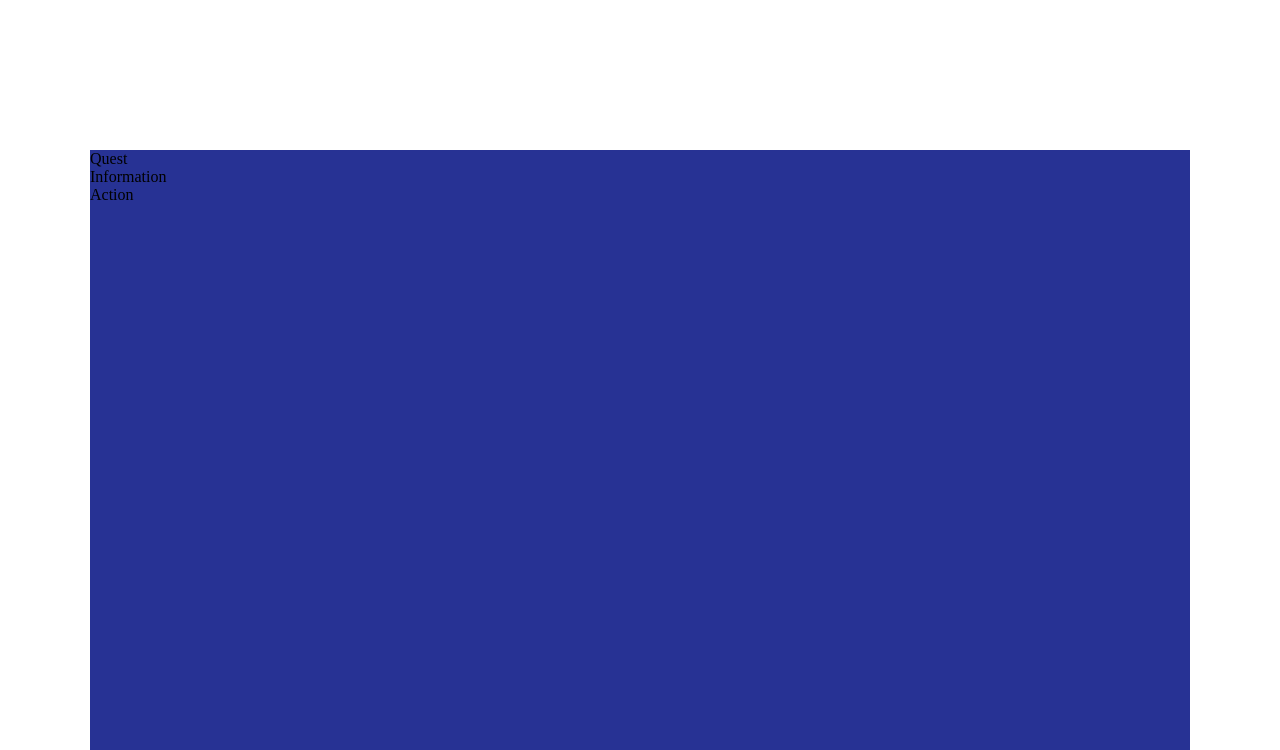
Repository: rahulnag7963/UBCHacks4.0
Page: /
An editor plug-in stored every save of this project. The page is shown before and after the next save, followed by the edit.
The browser window is 1280 px wide. The pictures show the whole page.
The project was rebuilt for these pictures with package versions that can differ from the ones it lists, and the page was loaded fresh each time.

Above is the page before, as saved 2022-11-26 02:30:36.

### public/index.html
<!DOCTYPE html>
<html lang="en">
  <head>
    <meta charset="utf-8" />
    <link rel="icon" href="%PUBLIC_URL%/favicon.ico" />
    <meta name="viewport" content="width=device-width, initial-scale=1" />
    <meta name="theme-color" content="#000000" />
    <meta
      name="description"
      content="Web site created using create-react-app"
    />
    <link rel="apple-touch-icon" href="%PUBLIC_URL%/logo192.png" />
    <link rel="manifest" href="%PUBLIC_URL%/manifest.json" />
    <title>BC Hacks 4.0 Game</title>
  </head>
  <body>
    <noscript>You need to enable JavaScript to run this app.</noscript>
    <div id="root"></div>
  </body>
</html>

### src/index.tsx
import React from 'react';
import ReactDOM from 'react-dom/client';
import './index.css';
import App from './app';

const root = ReactDOM.createRoot(
  document.getElementById('root') as HTMLElement
);

root.render(
  <React.StrictMode>
    <App />
  </React.StrictMode>
);

### src/app.tsx
import React from "react";
import "./app.css";
import Quest from "./Components/Quest";
import Information from "./Components/Information";
import Action from "./Components/Action";
function app() {
  return (
    <div className="app">
      <div className="Components">
        <Quest />
        <Information />
        <Action />
      </div>
    </div>
  );
}

export default app;

### src/app.css
.app {
    height: 600px;
    width: 1100px;
    background-color: rgb(39, 50, 148);
    margin-left: auto;
    margin-right: auto;
    margin-top: 150px;


}

.component {
    text-align: center;
    padding: 250px;
}

### src/Components/Quest.tsx
import React from 'react'

const Quest = () => {
  return (
    <div>Quest</div>
  )
}

export default Quest

### src/Components/Information.tsx
import React from 'react'

const Information = () => {
  return (
    <div>Information</div>
  )
}

export default Information

### src/Components/Action.tsx
import React from 'react'

const Action = () => {
  return (
    <div>Action</div>
  )
}

export default Action

Loaded but not shown: src/index.css (common file)

After the next save:
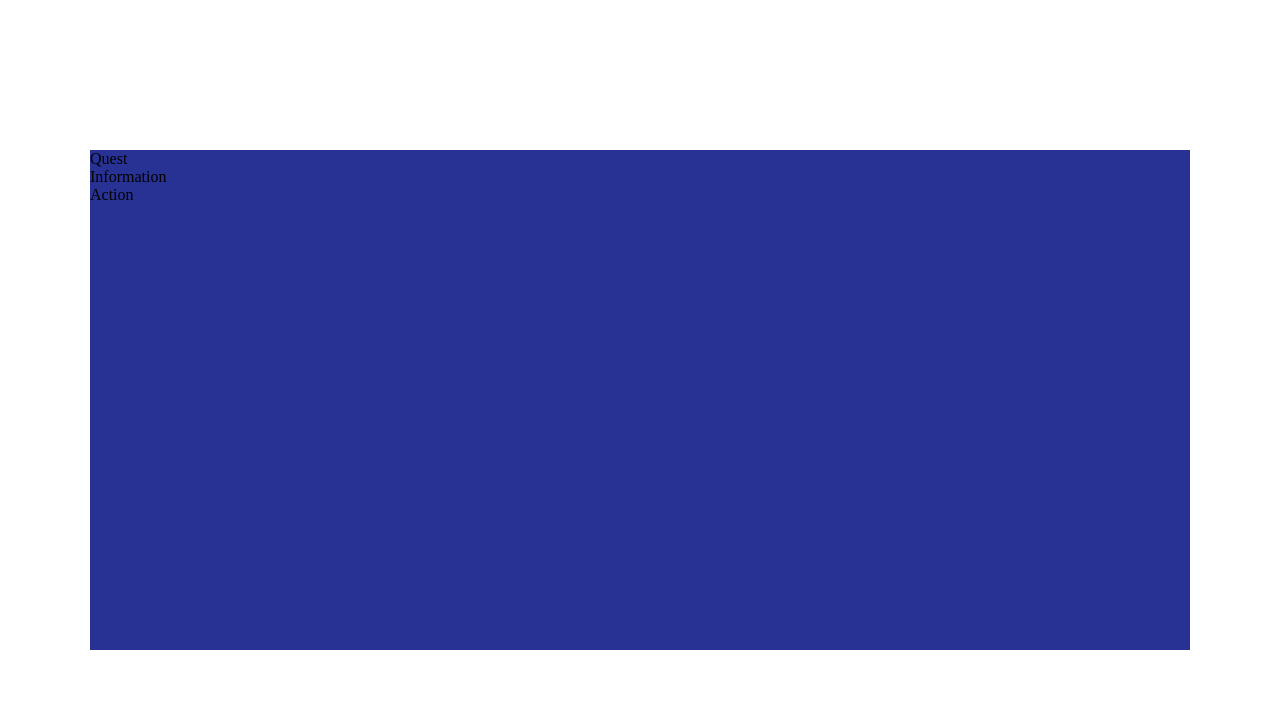
Saved 7 s later.
--- a/src/app.css
+++ b/src/app.css
@@ -1,5 +1,5 @@
 .app {
-    height: 600px;
+    height: 500px;
     width: 1100px;
     background-color: rgb(39, 50, 148);
     margin-left: auto;
